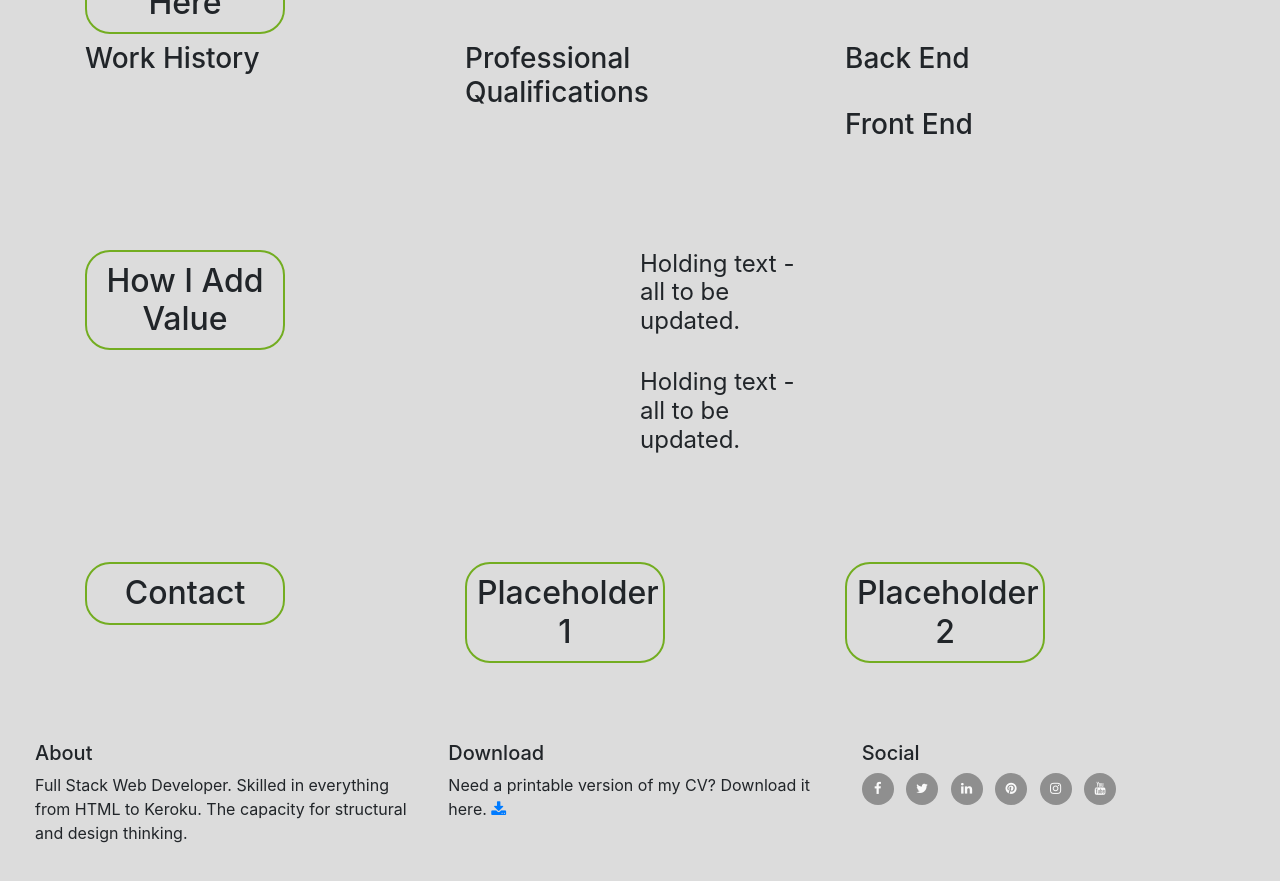
Repository: tenerim/first-milestone
Page: index.html
The author's editor kept a record of every edit. The page is drawn from the files as they stood at one moment, then again after the next edit.
The browser window is 1280 px wide. The pictures show the part of the page from y = 1966 to 2918 px (the page is 2847 px tall before and 2994 px after).
A picture or video elsewhere on the page could not be fetched, so the positions and the page height are approximate.

Above is the page before.

### index.html
<!DOCTYPE html>
<html lang="en">

<head>
    <meta charset="UTF-8">
    <meta name="viewport" content="width=device-width, initial-scale=1.0">
    <meta http-equiv="X-UA-Compatible" content="ie=edge">
    <link rel="stylesheet" href="https://stackpath.bootstrapcdn.com/bootstrap/4.3.1/css/bootstrap.min.css" type="text/css" />
    <link href="https://stackpath.bootstrapcdn.com/bootstrap/4.3.1/css/bootstrap.min.css" rel="stylesheet" integrity="sha384-ggOyR0iXCbMQv3Xipma34MD+dH/1fQ784/j6cY/iJTQUOhcWr7x9JvoRxT2MZw1T" crossorigin="anonymous">
    <link rel="stylesheet" href="https://stackpath.bootstrapcdn.com/font-awesome/4.7.0/css/font-awesome.min.css" type="text/css" />
    <link href="https://stackpath.bootstrapcdn.com/font-awesome/4.7.0/css/font-awesome.min.css" rel="stylesheet" integrity="sha384-wvfXpqpZZVQGK6TAh5PVlGOfQNHSoD2xbE+QkPxCAFlNEevoEH3Sl0sibVcOQVnN" crossorigin="anonymous">
    <link rel="stylesheet" href="assets/css/style.css" type="text/css" />
    <title>MT Milestone Project 1</title>

</head>

<body>
    <!-------------------------------------------------------------Intro Page -->
    <header id="welcome-page">

        <!-------------------------------------Navigation Bar------>

        <nav class="navbar navbar-expand-lg navbar-light bg-light">
            <a class="navbar-brand" href="#"></a>
            <button class="navbar-toggler" type="button" data-toggle="collapse" data-target="#navbarNav" aria-controls="navbarNav" aria-expanded="false" aria-label="Toggle navigation">
	    <span class="navbar-toggler-icon"></span>
	  </button>
            <div class="container">
                <div class="collapse navbar-collapse" id="navbarNav">
                    <ul class="navbar-nav .justify-content-center">
                        <li class="nav-item active">
                            <a class="nav-link" href="#">About Me <span class="sr-only">(current)</span></a>
                        </li>
                        <li class="nav-item">
                            <a class="nav-link" href="#">How I Got Here</a>
                        </li>
                        <li class="nav-item">
                            <a class="nav-link" href="#">How I Add Value</a>
                        </li>
                        <li class="nav-item">
                            <a class="nav-link" href="#">Contact</a>
                        </li>
                        <li class="nav-item">
                            <a class="nav-link disabled" href="#" tabindex="-1" aria-disabled="true"></a>
                        </li>
                    </ul>
                </div>
            </div>
        </nav>
        <!-------------------------------------Image and Text ----->

        <img src="images/city.jpg" alt="city" style="width:100%; height:auto;"></img>

        <div class="container-fluid">
            <div class="row">
                <div class="container">
                    <div class="text-right">
                        <h1 class="display-4">Michael Tenerife</h1>
                        <p class="lead">Full Stack Web Developer</p>
                    </div>
                </div>
            </div>
        </div>

    </header>

    <!-------------------------------------------------------------About Me Page -->

    <section id="about-me" ; class="splash" ;>

        <div class="container">
            <div class="row">
                <div class="col">
                    <h2 class="headbox">About Me</h2>
                    <br />
                    <h3>What do I do?</h3>
                    <h4 class="font-weight-normal">I am experienced in sales and tech industry-focused client management. Transitioning into software development, I am a recent graduate of Code Institute working with front-end and back-end frameworks.</h4>
                    <br />
                    <h3>How do I do it?</h3>
                    <h4 class="font-weight-normal">I specialise in HTML, CSS, JavaScript, and Python languages, using Django and Flask frameworks. Passionate about creating a positive user experience, I enjoy working with and adapting to technologies as they develop. </h4>
                </div>
                <div class="col">
                    <img src="images/guy-image.png" alt="city" style="width:100%; height:auto;"></img>
                </div>
            </div>
        </div>

    </section>

    <!-------------------------------------------------------------How I Got Here -->


    <Section>

        <div class="container">
            <div class="row">
                <div class="col-4">
                    <h2 class="headbox">How I Got Here</h2>
                </div>
                <br />
            </div>
        </div>

        <div class="container">
            <div class="row">
                <div class="col-4">
                    <h3>Work History</h3>
                </div>
                <div class="col-4">
                    <h3>Professional Qualifications</h3>
                </div>
                <div class="col-4">
                    <h3>Back End</h3>
                    <br />
                    <h3>Front End</h3>
                </div>
            </div>
        </div>

    </Section>

    <!-------------------------------------------------------------How I Add Value -->

    <Section>

        <div class="container">
            <div class="row">
                <div class="col-6">
                    <h2 class="headbox">How I Add Value</h2>
                </div>


                <div class="row">
                    <div class="col-6">
                        <h4 class="font-weight-normal">Holding text - all to be updated.</h4>
                        <br />
                        <h4 class="font-weight-normal">Holding text - all to be updated.</h4>
                    </div>
                </div>

            </div>

    </Section>

    <!-------------------------------------------------------------Contact -->

    <Section>

        <div class="container">
            <div class="row">
                <div class="col">
                    <h2 class="headbox">Contact</h2>
                </div>
                <div class="col">
                    <h2 class="headbox">Placeholder 1</h2>
                </div>
                <div class="col">
                    <h2 class="headbox">Placeholder 2</h2>
                </div>
            </div>
        </div>

    </Section>

    <!-------------------------------------------------------------Footer -->


    <footer class="container-fluid">
        <div id="footer-details" class="row">
            <div class="col-sm-4">
                <h5 class="uppercase general-sub">About</h5>
                <p class "inline-block">
                    Full Stack Web Developer. Skilled in everything from HTML to Keroku. The capacity for structural and design thinking.</p>
            </div>
            <div class="col-sm-4">
                <h5 class="uppercase general-sub">Download</h5>
                <p class "inline-block">
                    Need a printable version of my CV? Download it here.
                    <a href="assets/CV/sample-cv.pdf" target="_blank" class="cv-pdf">
                <i class="fa fa-download" aria-hidden="true"></i>
                <span class="sr-only">Download link.</span>
            </a>
                </p>
            </div>
            <div class="col-sm-4">
                <h5 class="uppercase general-sub">Social</h5>
                <ul class="list-inline social-links">
                    <li class="list-inline-item">
                        <a target="_blank" href="#">
                            <i class="fa fa-facebook" aria-hidden="true"></i>
                            <span class="sr-only">Facebook</span>
                        </a>
                    </li>
                    <li class="list-inline-item">
                        <a target="_blank" href="#">
                            <i class="fa fa-twitter" aria-hidden="true"></i>
                            <span class="sr-only">twitter</span>
                        </a>
                    </li>
                    <li class="list-inline-item">
                        <a target="_blank" href="#">
                            <i class="fa fa-linkedin" aria-hidden="true"></i>
                            <span class="sr-only">LinkedIn</span>
                        </a>
                    </li>
                    </li>
                    <li class="list-inline-item">
                        <a target="_blank" href="#">
                            <i class="fa fa-pinterest" aria-hidden="true"></i>
                            <span class="sr-only">Pinterest</span>
                        </a>
                    </li>
                    </li>
                    <li class="list-inline-item">
                        <a target="_blank" href="#">
                            <i class="fa fa-instagram" aria-hidden="true"></i>
                            <span class="sr-only">Instagram</span>
                        </a>
                    </li>
                    </li>
                    <li class="list-inline-item">
                        <a target="_blank" href="#">
                            <i class="fa fa-youtube" aria-hidden="true"></i>
                            <span class="sr-only">YouTube</span>
                        </a>
                    </li>
                </ul>
            </div>
        </div>



    </footer>

</body>

</html>

### assets/css/style.css
.container-fluid {
    background-color: rgb(220, 220, 220);
}

section {
        background-color: rgb(220, 220, 220);
        padding-top: 50px;
        padding-bottom: 50px;
}

.splash {
       background-color: rgb(220, 220, 220);
}


.display-4 {
    padding-top: 50px;
}


.lead {
    padding-bottom: 50px;
}


.headbox {
    border-radius: 25px;
    border: 2px solid #73AD21;
    padding: 10px;
    text-align: center;
    width: 200px;

}



/*--------------------------------------Footer-----*/

.social-links {
    padding-bottom: 15px;
}

.social-links li a i {
    width: 32px;
    height: 32px;
    padding: 12px 0;
    border-radius: 50%;
    font-size: 13px;
    line-height: 7px;
    text-align: center;
    color: #fafafa;
    background: #8f8f8f;
    transition: all 0.35s ease-in-out;
    -moz-transition: all 0.35s ease-in-out;
    -webkit-transition: all 0.35s ease-in-out;
    -o-transition: all 0.35s ease-in-out;
}

.social-links li a i:hover {
    background: #e84610;
}

#footer-details {
    padding: 20px;
}

After the next edit:
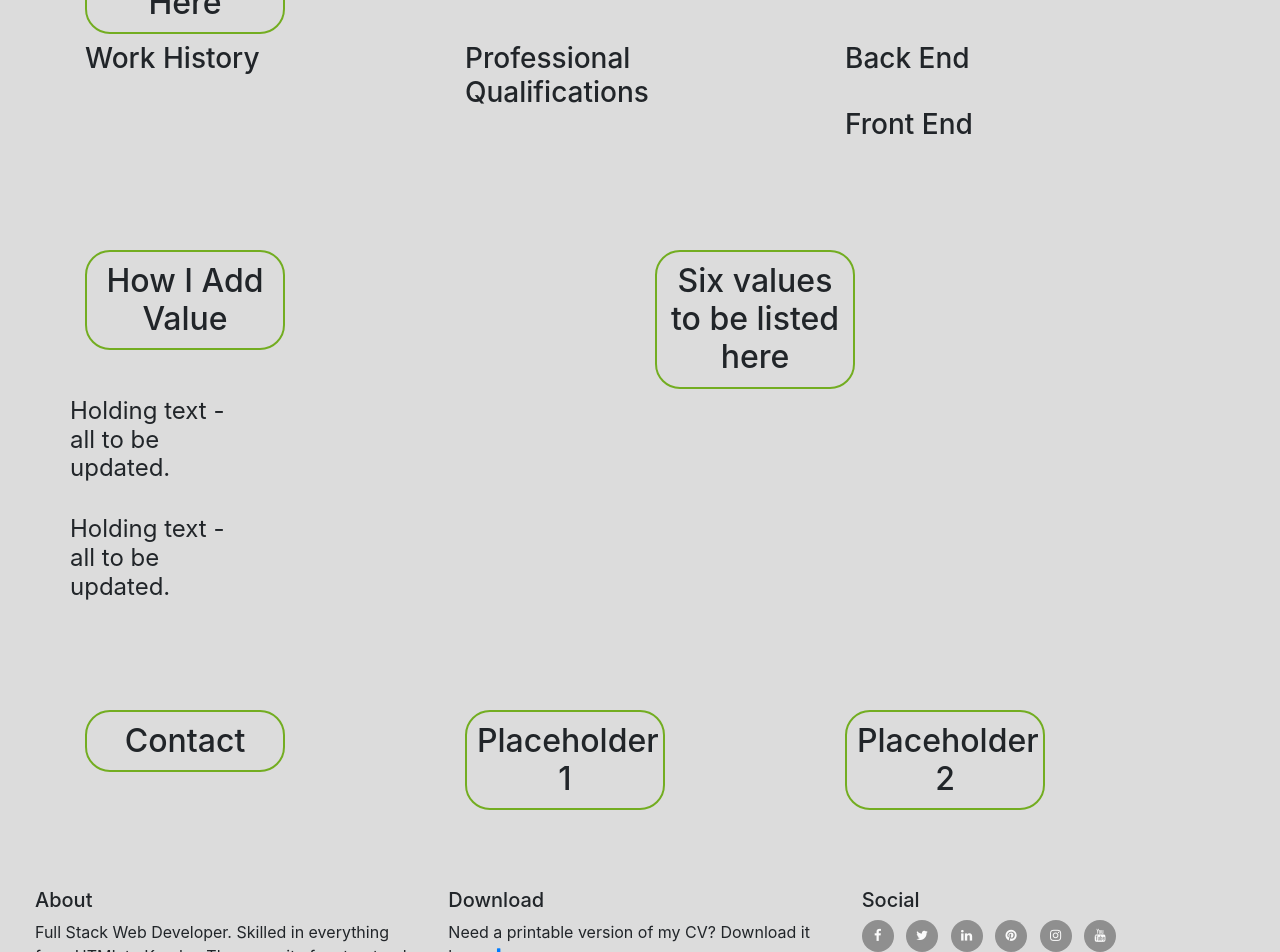
The edit:
--- a/index.html
+++ b/index.html
@@ -129,6 +129,9 @@
                     <h2 class="headbox">How I Add Value</h2>
                 </div>
 
+                 <div class="col-6">
+                    <h2 class="headbox">Six values to be listed here</h2>
+                </div>
 
                 <div class="row">
                     <div class="col-6">
